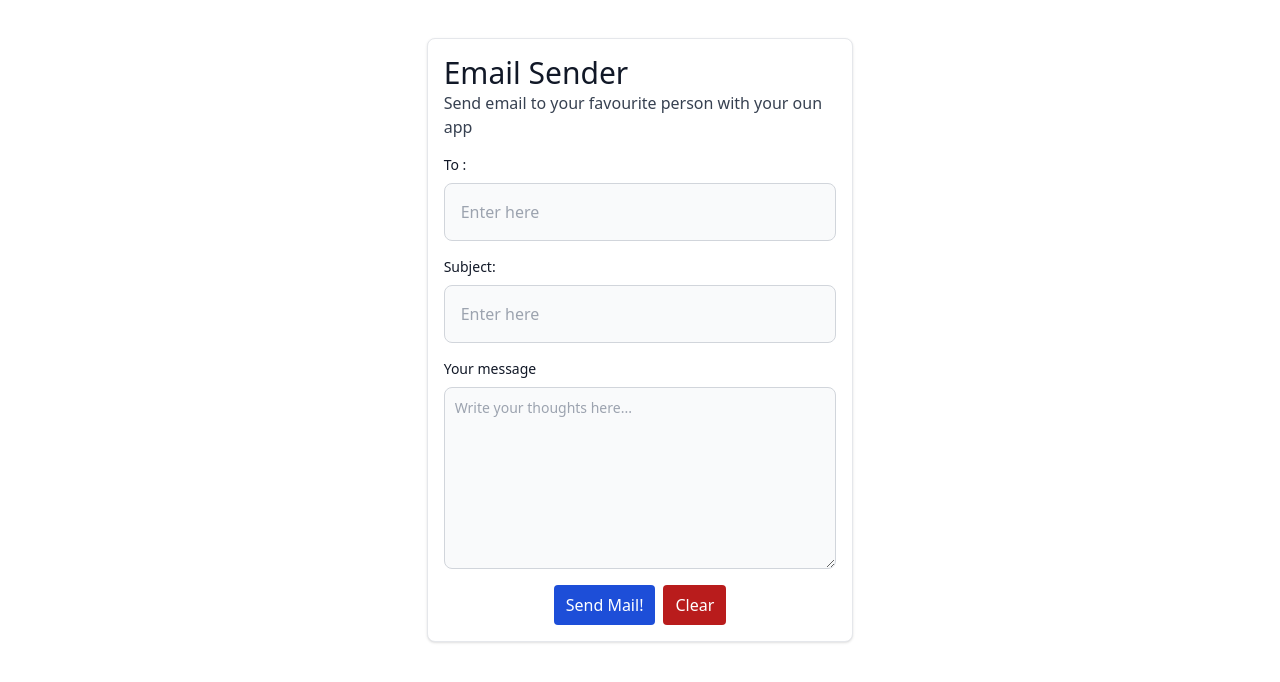
Repository: vikas-1234/EmailReactProject
Page: / (app in email-sender/)
These files come from the project's save history. The page is drawn as it stood at one moment and after the next save; the edit follows.
The browser window is 1280 px wide. The pictures show the whole page.
The project was rebuilt for these pictures with package versions that can differ from the ones it lists, and the page was loaded fresh each time. Also part of the build but not shown: email-sender/vite.config.js, email-sender/src/App.css.

Above is the page before, as saved 2024-04-21 12:14:56.

After the next save:
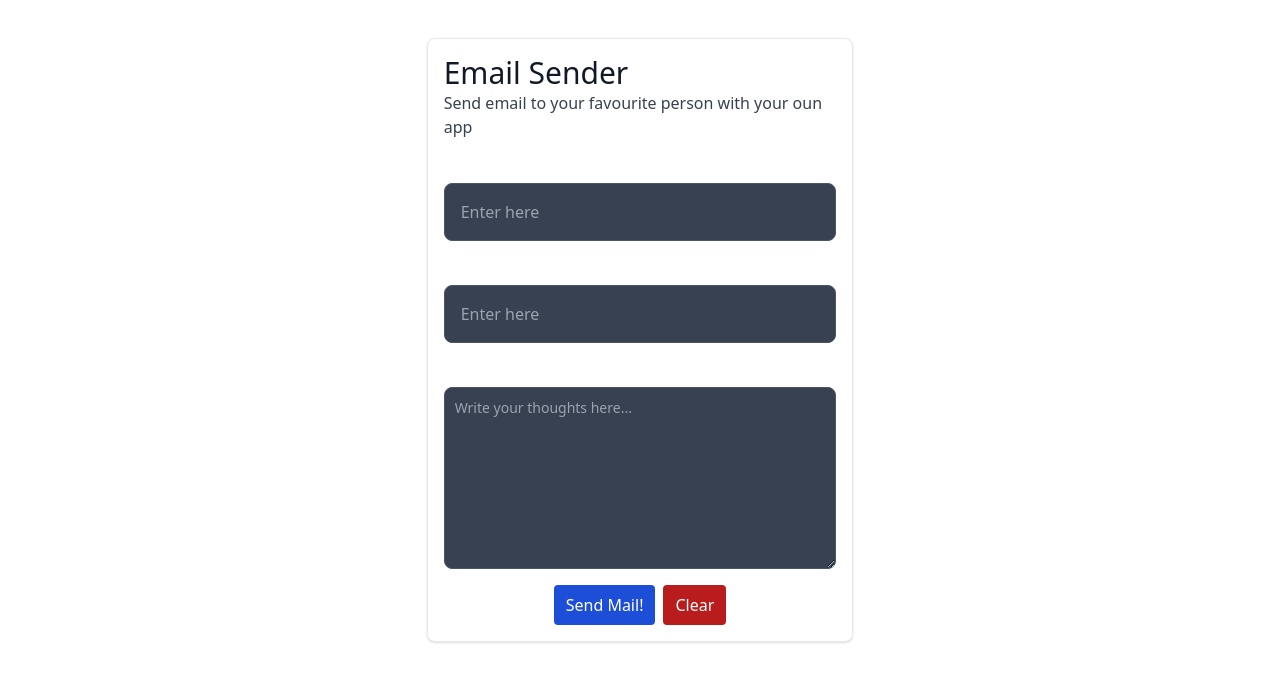
Saved 82 s later.
--- a/email-sender/index.html
+++ b/email-sender/index.html
@@ -1,5 +1,5 @@
 <!doctype html>
-<html lang="en" class="light">
+<html lang="en" class="dark">
   <head>
     <meta charset="UTF-8" />
     <link rel="icon" type="image/svg+xml" href="/vite.svg" />
